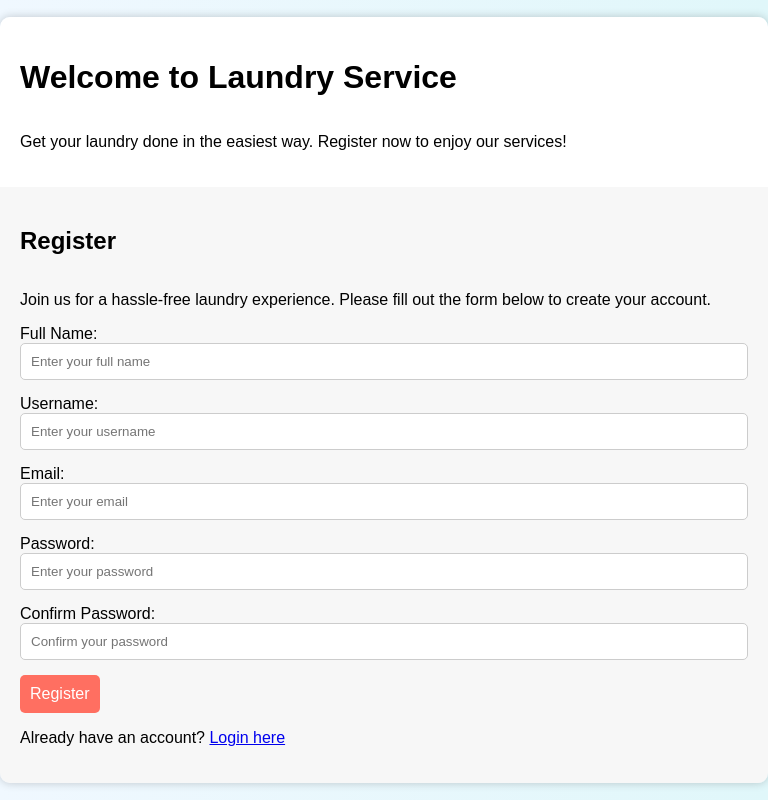
Repository: wmrmweerakoon/Online-Laundry-Management-System
Page: http://localhost/LaundryManagementSystem/Register.jsp
The author's editor kept a copy of each file at every save. The page is drawn from the files as they stood at one save, then again after the next save.
The browser window is 768 px wide. The pictures show the whole page.
The page is served by Tomcat 9.

Above is the page before, as saved 2024-10-07 09:41:22.

After the next save:
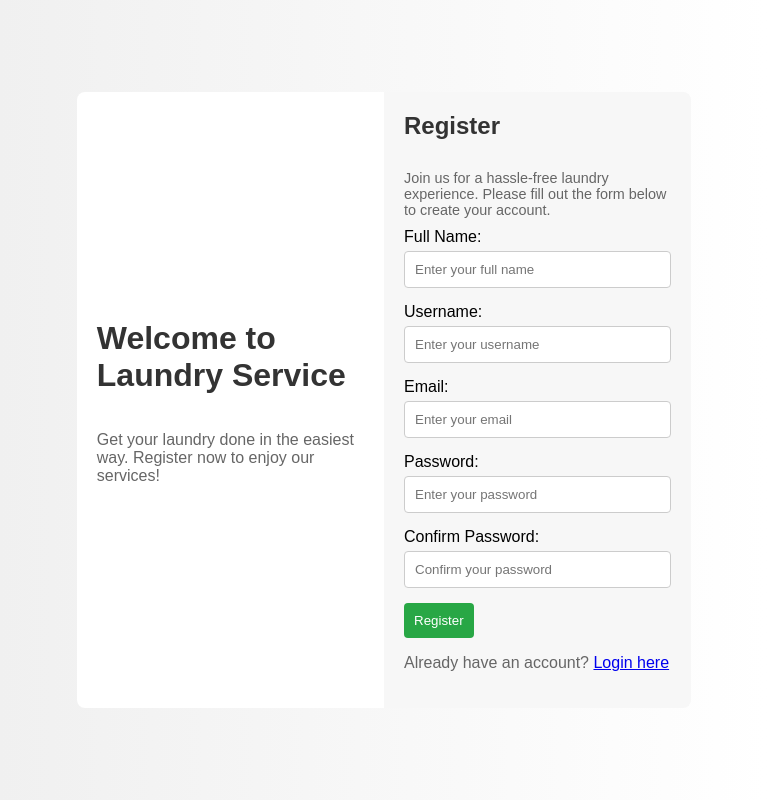
Saved 84 s later.
--- a/Projects/LaundryManagementSystem/src/main/webapp/CSS/Register.css
+++ b/Projects/LaundryManagementSystem/src/main/webapp/CSS/Register.css
@@ -1,32 +1,24 @@
-/* Basic styles for the body and html */
-body, html {
+body {
     margin: 0;
-    padding: 0;
-    height: 100%;
     font-family: Arial, sans-serif;
 }
 
-/* Background for the registration page */
 .register-background {
     display: flex;
     justify-content: center;
     align-items: center;
-    height: 100vh; /* Full height */
-    background: linear-gradient(to right, #f0f8ff, #e0f7fa); /* Example gradient */
+    height: 100vh;
+    background: linear-gradient(to right, #f0f0f0, #ffffff); /* Gradient background */
 }
 
-/* Content container for text and form */
 .content-container {
     display: flex;
-    max-width: 1200px; /* Limit width */
-    width: 100%;
-    box-shadow: 0 0 10px rgba(0, 0, 0, 0.2);
-    border-radius: 10px;
-    overflow: hidden;
+    width: 80%;
+    max-width: 1200px;
+    border-radius: 8px;
+    overflow: hidden; /* Ensure that corners are rounded */
 }
 
-/* Text content on the left */
-/* Text content on the left */
 .text-content {
     flex: 1; /* Take up available space */
     padding: 20px;
@@ -37,7 +29,6 @@ body, html {
     background-color: #ffffff; /* White background for text */
 }
 
-/* Register container on the right */
 .register-container {
     flex: 1; /* Take up available space */
     padding: 20px;
@@ -47,48 +38,57 @@ body, html {
     background-color: #f7f7f7; /* Light background for form */
 }
 
-/* Styles for the form elements */
-.form-group {
-    margin-bottom: 15px; /* Space between form groups */
+h1, h2 {
+    color: #333; /* Dark text color */
 }
 
-/* Style for the input fields */
+h2 {
+    margin-top: 0;
+}
+
+p {
+    color: #666; /* Light gray text color */
+}
+
+.form-group {
+    margin-bottom: 15px;
+}
+
+label {
+    display: block;
+    margin-bottom: 5px;
+}
+
 input[type="text"],
 input[type="email"],
 input[type="password"] {
-    width: 100%; /* Full width */
-    padding: 10px; /* Padding inside input */
-    border: 1px solid #ccc; /* Border style */
-    border-radius: 5px; /* Rounded corners */
-    box-sizing: border-box; /* Include padding in width */
+    width: 100%;
+    padding: 10px;
+    border: 1px solid #ccc;
+    border-radius: 4px;
+    box-sizing: border-box; /* Ensures padding is included in width */
 }
 
-/* Style for the submit button */
 button {
     padding: 10px;
-    background-color: #ff6f61; /* Button color */
-    color: white; /* Text color */
-    border: none; /* No border */
-    border-radius: 5px; /* Rounded corners */
-    cursor: pointer; /* Pointer on hover */
-    font-size: 16px; /* Font size */
-    transition: background-color 0.3s; /* Smooth color transition */
+    background-color: #28a745; /* Green button color */
+    color: white;
+    border: none;
+    border-radius: 4px;
+    cursor: pointer;
 }
 
-/* Button hover effect */
 button:hover {
-    background-color: #ff3b30; /* Darker color on hover */
+    background-color: #218838; /* Darker green on hover */
 }
 
-/* Error message style */
-.error {
-    color: red; /* Red color for error messages */
-    font-size: 12px; /* Smaller font size for error messages */
+.info-text {
+    margin: 10px 0;
+    font-size: 0.9em;
 }
 
-/* Responsive adjustments */
-@media (max-width: 768px) {
-    .content-container {
-        flex-direction: column; /* Stack elements on smaller screens */
-    }
+.error {
+    color: red; /* Error text color */
+    font-size: 0.9em;
+    margin-top: 5px;
 }
